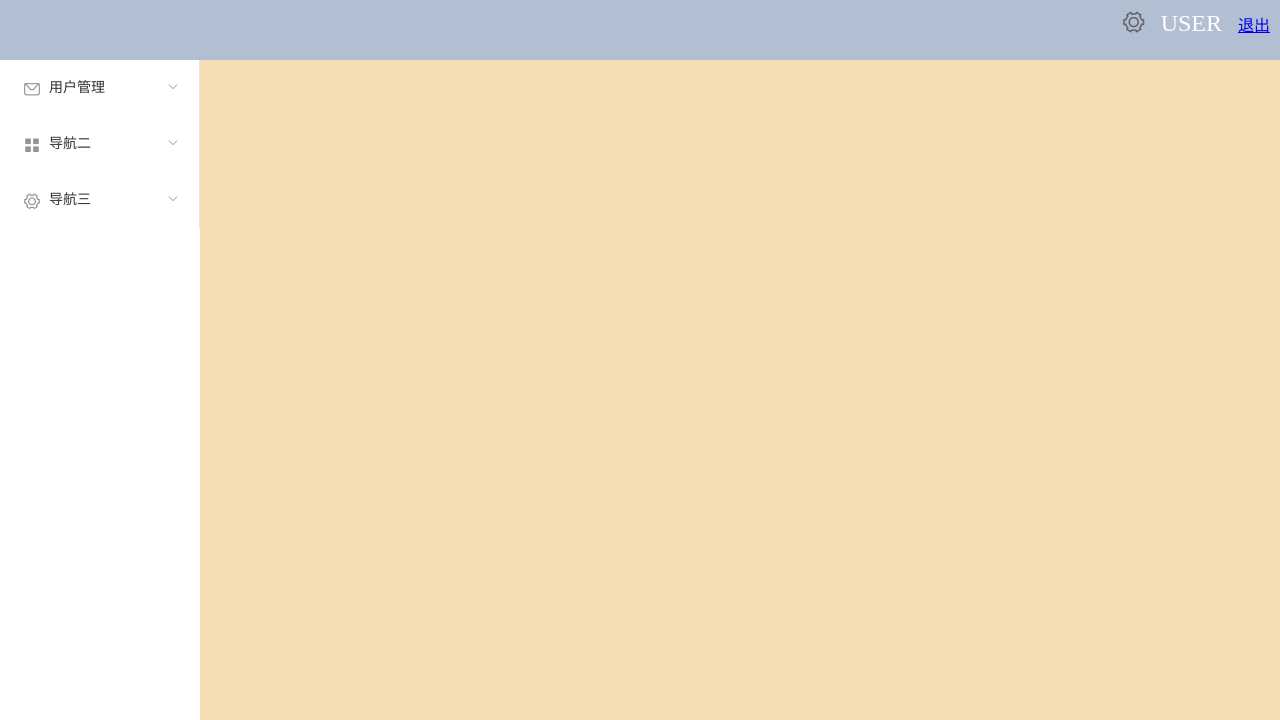
Repository: euphor1azzy/testlist
Page: / (app in list/)
These files come from the project's save history. The page is drawn as it stood at one moment and after the next save; the edit follows.
The browser window is 1280 px wide. The pictures show the whole page.
The project was rebuilt for these pictures with package versions that can differ from the ones it lists, and the page was loaded fresh each time. Also part of the build but not shown: list/src/utils/validate.js, list/src/views/login/login.vue, list/src/components/users/users.vue.

Above is the page before, as saved 2020-08-27 15:17:22.

### list/src/main.js
// 引入组件
import Vue from 'vue'
import ElementUI from 'element-ui';
import App from './App.vue'
import router from './router'
import MyHttpServer from './plugins/http'
Vue.use(router);


// 引入css文件
import './assets/css/reset.css'
import 'element-ui/lib/theme-chalk/index.css';


//使用插件
Vue.use(ElementUI)
Vue.use(MyHttpServer)
Vue.config.productionTip = false


new Vue({
    el: '#app',
    router,
    render: h => h(App)
}).$mount('#app')

### list/src/App.vue
<template>
  <div id="app" >

    <router-view></router-view>
  </div>
</template>

<script>

</script>

<style>
#app{

  height:100vh
}
</style>

### list/src/router/index.js
import Vue from 'vue'
import Router from 'vue-router'
import Home from '../views/home.vue'
import Login from '../views/login/login.vue'
import Users from '../components/users/users.vue'



Vue.use(Router);



export default new Router({
    routes: [{
            path: '/',
            name: 'Home',
            component: Home,
            children: [{
                name: 'Users',
                path: 'users',
                component: Users
            }]

        },
        {
            name: 'Login',
            path: '/login',
            component: Login
        }
    ]
});

### list/src/plugins/http.js
//将axios改为插件
import axios from 'axios'
const MyHttpServer = {}


MyHttpServer.install = (Vue) => {
    axios.defaults.baseURL = 'http://localhost:8888/api/private/v1/'

    // 添加实例方法
    Vue.prototype.$http = axios

}

export default MyHttpServer

### list/src/assets/css/reset.css
/*! minireset.css v0.0.2 | MIT License | github.com/jgthms/minireset.css */

html,
body,
p,
ol,
ul,
li,
dl,
dt,
dd,
blockquote,
figure,
fieldset,
legend,
textarea,
pre,
iframe,
hr,
h1,
h2,
h3,
h4,
h5,
h6,
el-main {
    /* height: 100%; */
    margin: 0;
    padding: 0;
}

h1,
h2,
h3,
h4,
h5,
h6 {
    font-size: 100%;
    font-weight: normal;
}

ul {
    list-style: none;
}

button,
input,
select,
textarea {
    margin: 0;
}

html {
    box-sizing: border-box;
}

* {
    box-sizing: inherit;
}

*:before,
*:after {
    box-sizing: inherit;
}

img,
embed,
object,
audio,
video {
    height: auto;
    max-width: 100%;
}

iframe {
    border: 0;
}

table {
    border-collapse: collapse;
    border-spacing: 0;
}

td,
th {
    padding: 0;
    text-align: left;
}

### list/src/views/home.vue
<template>
 <el-container class="container">
  <el-header style="padding:0">
    <v-appnav></v-appnav>
  </el-header>
  <el-container>
    <el-aside style="width:200px" >
      <v-appslider></v-appslider>
    </el-aside>
    <el-main class="main">
      <router-view></router-view>
    </el-main>
  </el-container>
</el-container>
</template>

<script>
// 导入组件

import AppNav from "../components/common/appnav";
import AppSlider from "../components/common/appslider";
// import List from "../components/list/list";

export default {
  name: "Home",
  // 注册组件
  components: {
    "v-appnav": AppNav,
    "v-appslider": AppSlider,
    // "v-list": List,
  },
};
</script>

<style>
.container{
  height: 100%;
  margin: 0;
  padding: 0;
}
.main{
  height: 100%;
  background-color: wheat;
}
/* .con {
  height: 100%;
  display: flex;
  flex: auto;
  flex-flow: row wrap;
  justify-content: flex-start;
} */
</style>

### list/src/components/common/appnav.vue
<template>
  <el-header class="nav">
    <el-dropdown>
      <i class="el-icon-setting" style="margin-right: 15px"></i>
      <el-dropdown-menu slot="dropdown">
        <el-dropdown-item>查看</el-dropdown-item>
        <el-dropdown-item>新增</el-dropdown-item>
        <el-dropdown-item>删除</el-dropdown-item>
      </el-dropdown-menu>
    </el-dropdown>
    <span>USER</span>
    <router-link to="/login" style="padding-left:16px;font-size:16px"
      >退出</router-link
    >
  </el-header>
</template>

<script>
export default {
  name: "AppNav",
};
</script>

<style scoped>

.nav {
  padding: 10px;
  text-align: right;
  font-size: 24px;
  width: 100%;
  color: #fff;
  background-color: #b2bfd2;
}
.el-icon-setting::before {
  font-size: 24px;
}
</style>

### list/src/components/common/appslider.vue
<template>
   <!-- <el-container style="height: 100%; border: 1px solid #eee"> -->
      <el-aside width="200px" style="background-color: rgb(238, 241, 246)">
        <el-menu :unique-opened="true"
        :router="true">
          <el-submenu index="1">
            <template slot="title">
              <i class="el-icon-message"></i>用户管理
            </template>
            <el-menu-item-group>
              <template slot="title">分组一</template>
              <el-menu-item index="users">用户列表</el-menu-item>
              <el-menu-item index="1-2">用户设置</el-menu-item>
            </el-menu-item-group>
            <el-menu-item-group title="分组2">
              <el-menu-item index="1-3">选项3</el-menu-item>
            </el-menu-item-group>
            <el-submenu index="1-4">
              <template slot="title">选项4</template>
              <el-menu-item index="1-4-1">选项4-1</el-menu-item>
            </el-submenu>
          </el-submenu>
          <el-submenu index="2">
            <template slot="title">
              <i class="el-icon-menu"></i>导航二
            </template>
            <el-menu-item-group>
              <template slot="title">分组一</template>
              <el-menu-item index="2-1">选项1</el-menu-item>
              <el-menu-item index="2-2">选项2</el-menu-item>
            </el-menu-item-group>
            <el-menu-item-group title="分组2">
              <el-menu-item index="2-3">选项3</el-menu-item>
            </el-menu-item-group>
            <el-submenu index="2-4">
              <template slot="title">选项4</template>
              <el-menu-item index="2-4-1">选项4-1</el-menu-item>
            </el-submenu>
          </el-submenu>
          <el-submenu index="3">
            <template slot="title">
              <i class="el-icon-setting"></i>导航三
            </template>
            <el-menu-item-group>
              <template slot="title">分组一</template>
              <el-menu-item index="3-1">选项1</el-menu-item>
              <el-menu-item index="3-2">选项2</el-menu-item>
            </el-menu-item-group>
            <el-menu-item-group title="分组2">
              <el-menu-item index="3-3">选项3</el-menu-item>
            </el-menu-item-group>
            <el-submenu index="3-4">
              <template slot="title">选项4</template>
              <el-menu-item index="3-4-1">选项4-1</el-menu-item>
            </el-submenu>
          </el-submenu>
        </el-menu>
      </el-aside>
   <!-- </el-container> -->
</template>

<script>
export default {
name:'appslider'
}
</script>

<style>
.default-active	{
  background-color: royalblue;
}
</style>

Loaded but not shown: list/public/index.html (common file)

After the next save:
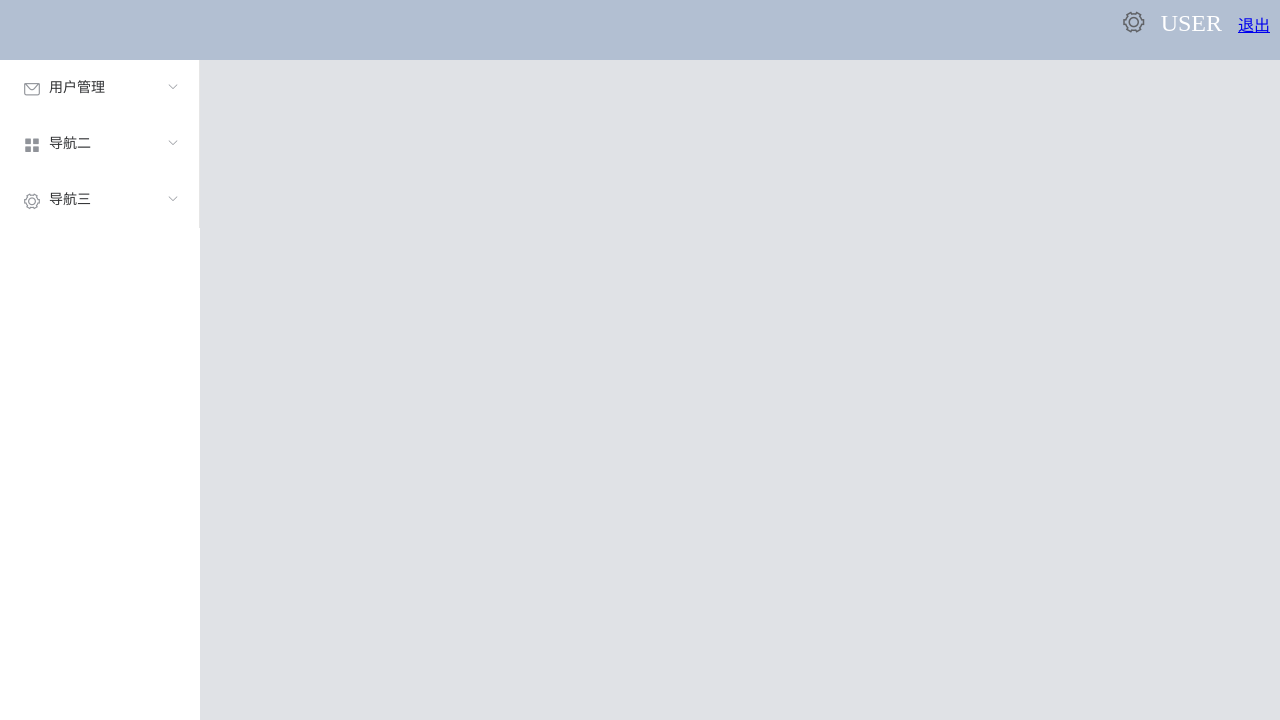
Saved 2 min 35 s later.
--- a/list/src/views/home.vue
+++ b/list/src/views/home.vue
@@ -40,7 +40,7 @@ export default {
 }
 .main{
   height: 100%;
-  background-color: wheat;
+  background-color: rgb(224, 226, 230);
 }
 /* .con {
   height: 100%;
